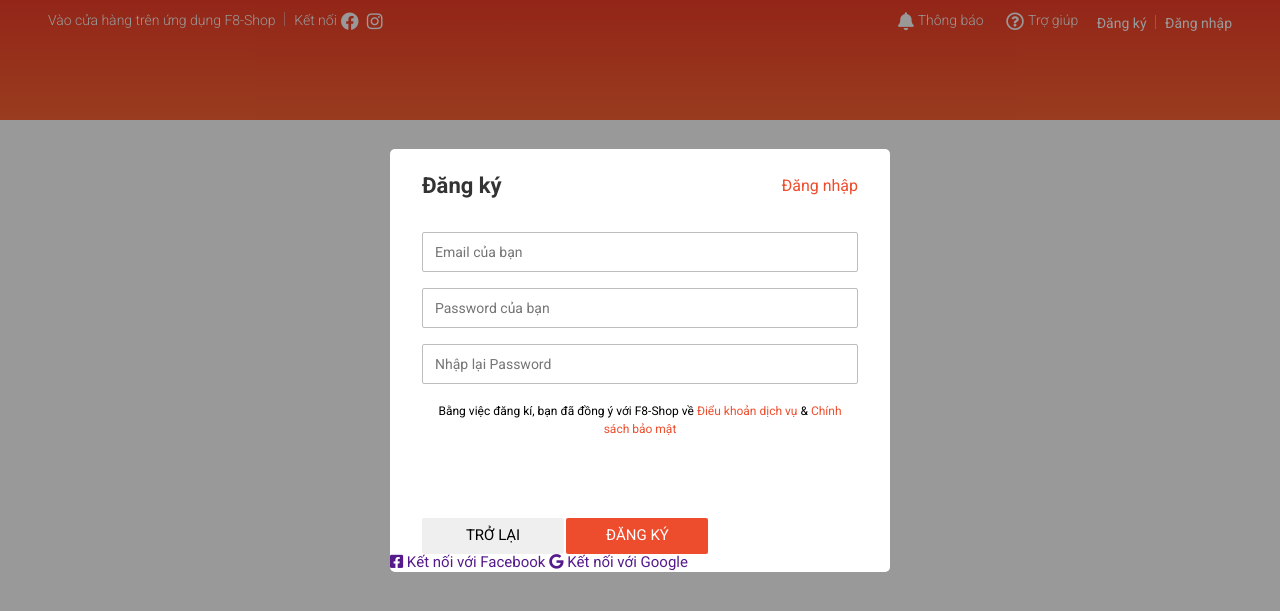
Repository: tvhoangit/tvhoangit.github.io
Page: Shoppe/index.html
These files come from the project's save history. The page is drawn as it stood at one moment and after the next save; the edit follows.
The browser window is 1280 px wide. The pictures show the whole page.

Above is the page before, as saved 2021-10-17 11:26:22.

### Shoppe/index.html
<!DOCTYPE html>
<html lang="en">
<head>
    <meta charset="UTF-8">
    <meta http-equiv="X-UA-Compatible" content="IE=edge">
    <meta name="viewport" content="width=device-width, initial-scale=1.0">
    <title>Document</title>
    <link rel="stylesheet" href="https://cdnjs.cloudflare.com/ajax/libs/normalize/8.0.1/normalize.min.css">
    <link rel="stylesheet" href="./assets/css/base.css">
    <link rel="stylesheet" href="./assets/css/main.css">
    <link rel="stylesheet" href="./assets/fonts/fontawesome-free-5.15.4-web/fontawesome-free-5.15.4-web/css/all.min.css">
    <link href="https://fonts.googleapis.com/css2?family=Open+Sans&family=Roboto:wght@300;400;500;700;900&display=swap" rel="stylesheet">
</head>
<body>

    <div class="app">
        <header class="header">
            <div class="grid">
                <nav class="header__navbar">
                    <ul class="header__navbar-list">
                        <li class="header__navbar-item header__navbar-item--qr header__navbar-item--separate">
                            Vào cửa hàng trên ứng dụng F8-Shop
                            <div class="header__qr">
                                <img src="./assets/img/QR.png" alt="QR code" class="header__qr-img">
                                <div class="header__qr-apps">
                                    <a href="" class="header__qr-link">
                                        <img src="./assets/img/gg_play.jpg" alt="GG Play" class="header__qr-dowload-img">
                                    </a>
                                    <a href="" class="header__qr-link">
                                        <img src="./assets/img/apstore.jpg" alt="ApStore" class="header__qr-dowload-img">
                                    </a>
                                </div>
                            </div>
                        </li>
                        <li class="header__navbar-item">
                            <span class="header__navbar-title--no-pointer">Kết nối</span>
                            <a href="" class="header__navbar-icon-link">
                                <i class="header__navbar--icon fab fa-facebook"></i>
                            </a>
                            <a href="" class="header__navbar-icon-link">
                                <i class="header__navbar--icon fab fa-instagram"></i>
                            </a>
                        </li>
                    </ul>

                    <ul class="header__navbar-list">
                        <li class="header__navbar-item header__navbar-item--has-notify">
                            <i class="header__navbar--icon fas fa-bell"></i>
                            <a href="" class="header__navbar-item-link">Thông báo</a>
                            <div class="header__notify">
                                <header class="header__notify--header">
                                    <h3>Thông báo mới nhận</h3>
                                </header>
                                <ul class="header__notify-list">
                                    <li class="header__notify-item header__notify-item--viewed">
                                        <a href="" class="header__notify-link">
                                            <span>
                                                <img src="./assets/img/myphamohui.png" alt="" class="header__notify-img">
                                            </span>
                                            <div class="header__notify-info">
                                                <span class="header__notify-name">Mỹ phẩm Ohui chính hãng</span>
                                                <span class="header__notify-description">Mô tả</span>
                                            </div>
                                        </a>
                                    </li>
                                    <li class="header__notify-item">
                                        <a href="" class="header__notify-link">
                                            <span>
                                                <img src="./assets/img/myphamohui.png" alt="" class="header__notify-img">
                                            </span>
                                            <div class="header__notify-info">
                                                <span class="header__notify-name">Mỹ phẩm Ohui chính hãng</span>
                                                <span class="header__notify-description">Mô tả</span>
                                            </div>
                                        </a>
                                    </li>
                                    <li class="header__notify-item">
                                        <a href="" class="header__notify-link">
                                            <span>
                                                <img src="./assets/img/myphamohui.png" alt="" class="header__notify-img">
                                            </span>
                                            <div class="header__notify-info">
                                                <span class="header__notify-name">Mỹ phẩm Ohui chính hãng</span>
                                                <span class="header__notify-description">Mô tả</span>
                                            </div>
                                        </a>
                                    </li>
                                </ul>
                                <div class="header__notify-footer">
                                    <a href="" class="header__notify-footer-btn">Xem tất cả</a>
                                </div>
                            </div>
                        </li>
                        <li class="header__navbar-item">
                            <i class="header__navbar--icon far fa-question-circle"></i>
                            <a href="" class="header__navbar-item-link">Trợ giúp</a>
                        </li>
                        <li class="header__navbar-item header__navbar-item--strong header__navbar-item--separate">Đăng ký</li>
                        <li class="header__navbar-item header__navbar-item--strong">Đăng nhập</li>
                    </ul>
                </nav>
            </div>
        </header>
    </div>
    <div class="container">


    </div>
    <div class="footer">

    </div>


    <!-- Form Đăng ký đăng nhập -->
    <div class="modal">
        <div class="modal__overlay">

        </div>
        <div class="modal__body">
                <!-- authen form -->
            <div class="auth-form">
                <div class="auth-form__container">
                    <div class="auth-form__header">
                        <h3 class="auth-form__heading">Đăng ký</h3>
                        <span class="auth-form__switch-btn">Đăng nhập</span>
                    </div>
                    <div class="auth-form__form">
                        <div class="auth-form__group">
                            <input type="text" class="auth-form__input" placeholder="Email của bạn">
                        </div>
                        <div class="auth-form__group">
                            <input type="password" class="auth-form__input" placeholder="Password của bạn">
                        </div>
                        <div class="auth-form__group">
                            <input type="password" class="auth-form__input" placeholder="Nhập lại Password">
                        </div>
                    </div>
                    <div class="auth-form__aside">
                        <p class="auth-form__policy-text">
                            Bằng việc đăng kí, bạn đã đồng ý với F8-Shop về
                            <a href="" class="auth-form__text-link">Điểu khoản dịch vụ </a>&
                            <a href="" class="auth-form__text-link">Chính sách bảo mật</a>
                        </p>
                    </div>
                    <div class="auth-form__controls">
                        <button class="btn">TRỞ LẠI</button>
                        <button class="btn btn--primary">ĐĂNG KÝ</button>
                    </div>
                </div>
                <div class="auth-form__socials">
                    <a href="" class="btn btn--width-icon">
                        <i class="fab fa-facebook-square"></i>
                        Kết nối với Facebook
                    </a>
                    <a href="" class="btn btn--width-icon">
                        <i class="fab fa-google"></i>
                        Kết nối với Google
                    </a>
                </div>
            </div>
        </div>
    </div>

</body>
</html>

### Shoppe/assets/css/base.css
:root{
    --primary-color: #EE4D2D;
    --white-color: #fff;
    --black-color: #000;
    --text-color: #333;
    --border-color: #bdbdbd;
}

*{
    box-sizing: inherit;
}

html{
    font-size: 62.5%;
    line-height: 1.6rem;
    font-family: 'Roboto', sans-serif;
    box-sizing: border-box;
}

.grid{
    width: 1200px;
    max-width: 100%;
    margin: 0 auto;
}

.grid__full-width{
    width: 100%;
}

.grid__row{
    display: flex;
    flex-wrap: wrap;
}

/* Animation */
@keyframes fadeIn {
    from {
        opacity: 0;
    }
    to {
        opacity: 1;
    }
}
/* Modal */
.modal {
    position: fixed;
    top: 0;
    right: 0;
    bottom: 0;
    left: 0;
    display: flex;
}
.modal__overlay {
    position: absolute;
    width: 100%;
    height: 100%;
    background-color: rgba(0, 0, 0, 0.4);
}
.modal__body {
    background-color: var(--white-color);
    margin: auto;
    position: relative;
    z-index: 1;
    border-radius: 5px;
}

/* button style */
.btn {
    min-width: 142px;
    height: 36px;
    text-decoration: none;
    border: none;
    border-radius: 2px;
    font-size: 1.5rem;
    padding: 0;
}
.btn.btn--primary {
    background-color: var(--primary-color);
    color: var(--white-color);
}

### Shoppe/assets/css/main.css
.header {
    height: 120px;
    background-image: linear-gradient(0, #fe6433, #f53e28);
}
.header__navbar {
    display: flex;
    justify-content: space-between;
    padding-top: 8px;
}
.header__navbar-list {
    list-style: none;
    padding-left: 0;
    margin-top: 4px;
}
.header__navbar-item {
    display: inline-block;
    margin: 0 8px 0px 8px;
    position: relative;
    min-height: 26px;
}
.header__navbar-item--qr:hover .header__qr {
    display: block;
}
.header__navbar-item--has-notify:hover .header__notify {
    display: block;
}
.header__navbar-item,
.header__navbar-item-link {
    font-size: 1.4rem;
    color: var(--white-color);
    text-decoration: none;
    font-weight: 300;
}
.header__navbar-item:hover,
.header__navbar-icon-link:hover,
.header__navbar-item-link:hover {
    color: rgba(255, 255, 255, 0.7);
    cursor: pointer;
}
.header__navbar-item,
.header__navbar-item-link,
.header__navbar-icon-link{
    display: inline-flex;
    text-align: center;
}
.header__navbar-item--strong {
    font-weight: 400;
}
.header__navbar-item--separate::after {
    content: "";
    display: block;
    position: absolute;
    border-left: 1px solid #FB9086;
    height: 14px;
    right: -9px;
    top: 25%;
    transform: translateY(-50%);
}
.header__navbar-icon-link {
    color: var(--white-color);
    text-decoration: none;
}
.header__navbar--icon {
    font-size: 1.8rem;
    margin: 0 4px;
}
.header__navbar-title--no-pointer {
    cursor: text;
    color: var(--white-color);
}
.header__qr {
    width: 186px;
    background-color: var(--white-color);
    position: absolute;
    left: 0;
    top: 100%;
    padding: 8px;
    border-radius: 2px;
    display: none;
    animation: fadeIn ease 0.3s;
}
.header__qr-img {
    width: 100%;
}
.header__qr-apps {
    display: flex;
    justify-content: space-between;
}
.header__qr-link {
    margin: 0px 11px;
}
.header__qr-dowload-img {
    height: 15px;
}

/* Header notification */
.header__notify {
    position: absolute;
    top: 100%;
    width: 404px;
    right: 0;
    border: 1px solid #D3D3D3;
    background-color: var(--white-color);
    cursor: default;
    /* lấy tâm để dịch chuyển */
    transform-origin: calc(100% - 20px) top;
    animation: headerNotifyGrowth ease-in 0.2s;
    /* nói cho web biết thuộc tính gì sẽ thay đổi để tối ưu hơn */
    will-change: opacity, transform;
    display: none;
}
.header__notify::before {
    content: "";
    border-width: 20px 27px;
    border-style: solid;
    border-color: transparent transparent var(--white-color) transparent;
    position: absolute;
    right: 4px;
    top: -30px;
}
@keyframes headerNotifyGrowth {
    from {
        opacity: 0;
        transform: scale(0);
    }
    to {
        opacity: 1;
        transform: scale(1);
    }
}
.header__notify--header {
    height: 40px;
    background-color: var(--white-color);
    margin-top: -15px;
}
.header__notify--header h3 {
    color: #999;
    margin-right: 237px;
    font-weight: 400;
    font-size: 1.5rem;
    line-height: 40px;

}
.header__notify-list {
    padding-left: 0;
}
.header__notify-item {
    display: flex;
}
.header__notify-item:hover {
    background-color: #f7f7f7;
}
.header__notify-item--viewed {
    background-color: rgba(238,75,43,0.08);
}
.header__notify-link {
    display: flex;
    width: 100%;
    padding: 12px;
    text-decoration: none;
}
.header__notify-img {
    width: 48px;
}
.header__notify-info {
    margin-left: 12px;
}
.header__notify-name {
    display: block;
    font-size: 1.4rem;
    color: var(--text-color);
    font-weight: 400;
    line-height: 1.8rem;
}
.header__notify-description {
    display: block;
    font-size: 1.2rem;
    line-height: 1.6rem;
    color: #756F6E;
    text-align: left;
    margin-top: 4px;;
}
.header__notify-footer {
    height: 40px;
}
.header__notify-footer-btn {
    text-decoration: none;
    line-height: 40px;
    color: var(--text-color);
    padding: 8px 32px;
    font-weight: 400;
}

/* Authen modal */
.auth-form {
    width: 500px;
}
.auth-form__container {
    padding: 0 32px;
}
.auth-form__header {
    display: flex;
    align-items: center;
    justify-content: space-between;
    padding-top: 7px;
}
.auth-form__heading {
    font-size: 2.2rem;
    font: weight 400px;
    color: var(--text-color);
}
.auth-form__switch-btn {
    font-size: 1.6rem;
    color: var(--primary-color);
    font-weight: 400;
    cursor: pointer;
}
.auth-form__form {
}
.auth-form__input {
    width: 100%;
    height: 40px;
    margin-top: 16px;
    padding: 0 12px;
    font-size: 1.4rem;
    border: 1px solid var(--border-color);
    border-radius: 2px;
    outline: none;
}
.auth-form__input:focus {
    border-color: #888;
}
.auth-form__aside {
    margin-top: 18px;
}
.auth-form__policy-text {
    font-size: 1.2rem;
    line-height: 1.8rem;
    text-align: center;
    padding: 0 12px;
}
.auth-form__text-link {
    text-decoration: none;
    color: var(--primary-color);
}
.auth-form__controls {
    margin-top: 80px;
}

Loaded but not shown: Shoppe/assets/fonts/fontawesome-free-5.15.4-web/fontawesome-free-5.15.4-web/css/all.min.css (library)

After the next save:
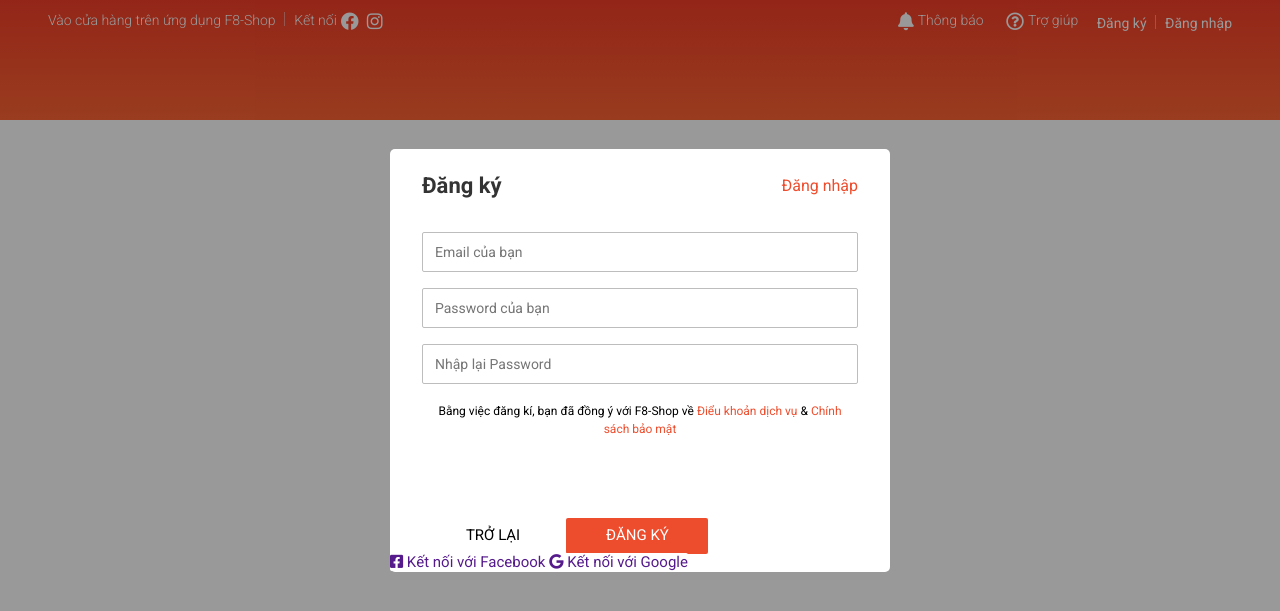
Saved 29 s later.
--- a/Shoppe/assets/css/base.css
+++ b/Shoppe/assets/css/base.css
@@ -73,6 +73,7 @@
     border-radius: 2px;
     font-size: 1.5rem;
     padding: 0;
+    background-color: var(--white-color);
 }
 .btn.btn--primary {
     background-color: var(--primary-color);
